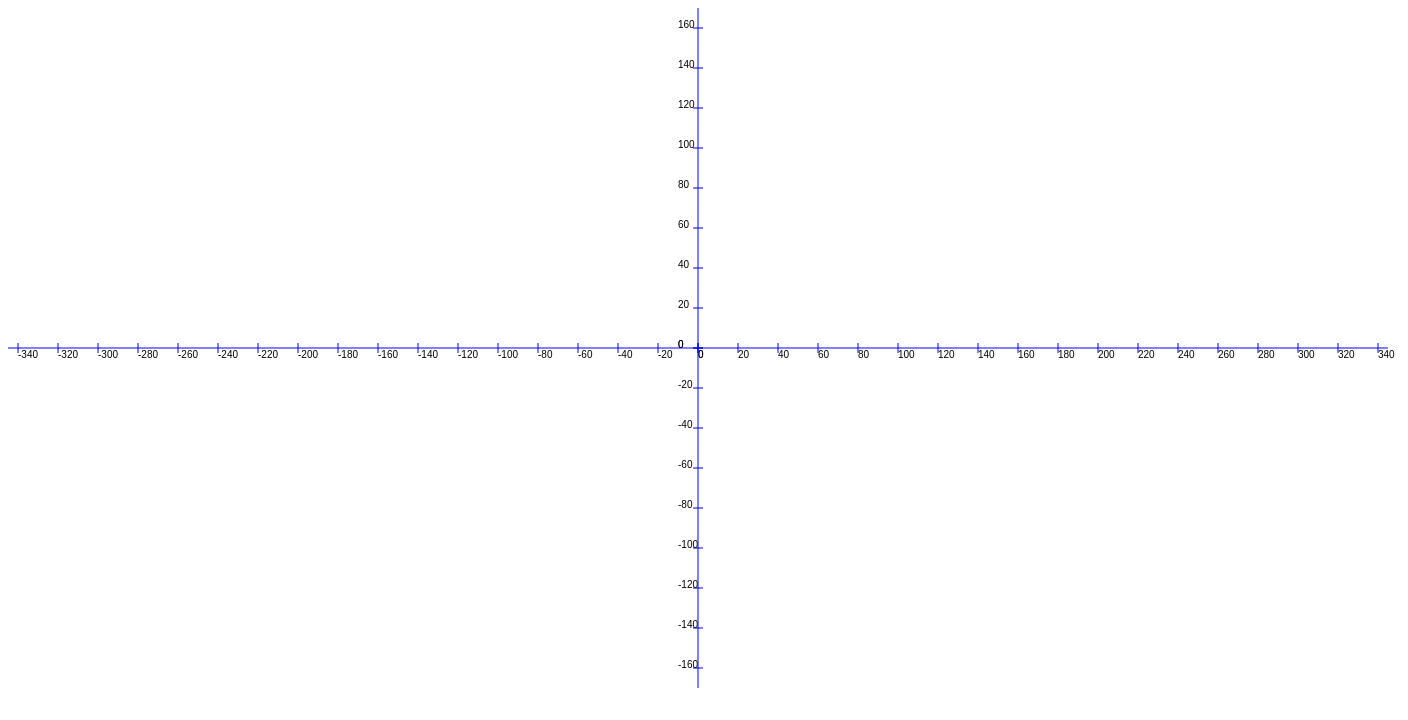
Repository: tclintaichung/book
Page: ex16/ex16_01/frame.html
An editor plug-in stored every save of this project. The page is shown before and after the next save, followed by the edit.
The browser window is 1280 px wide. The page is 1408 px wide, so the pictures cover 1408 px, including what lies to the right of the window. The pictures show the whole page.

Above is the page before, as saved 2025-09-27 16:17:37.

After the next save:
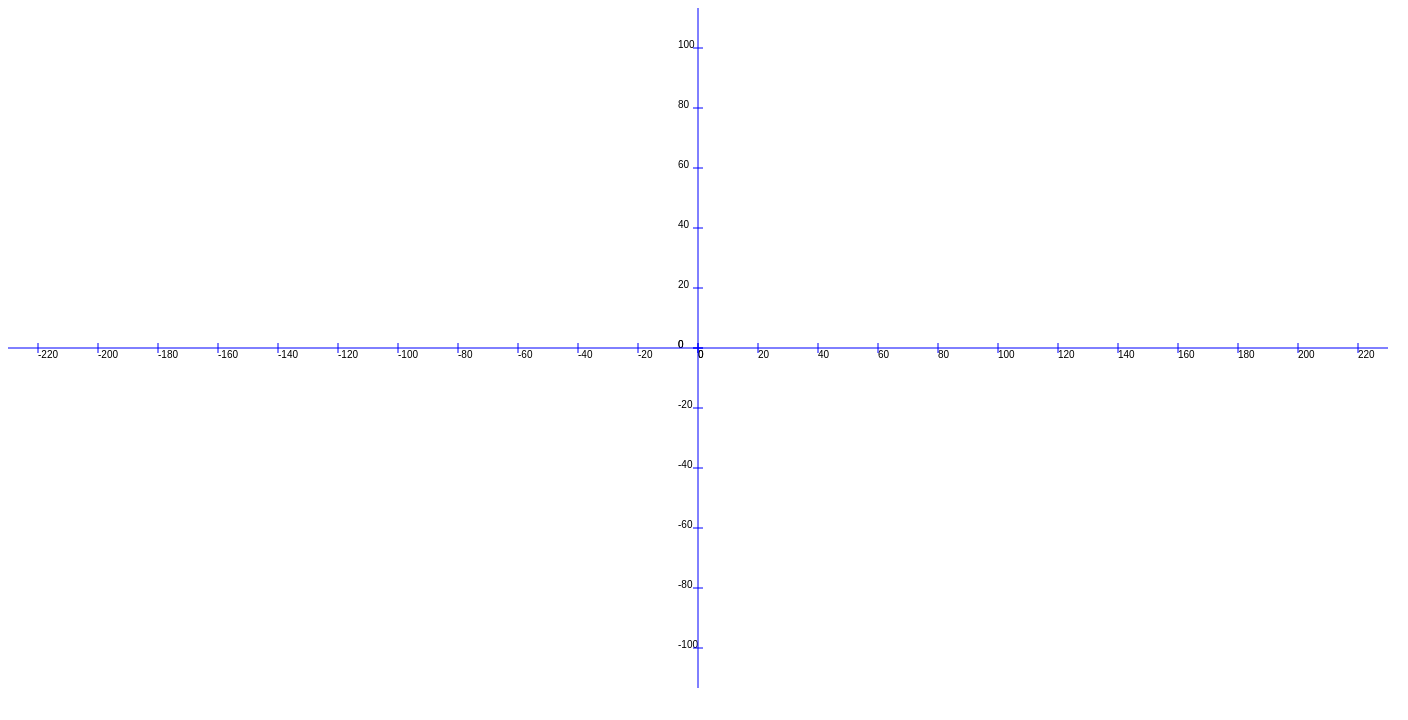
Saved 29 s later.
--- a/ex16/ex16_01/frame.html
+++ b/ex16/ex16_01/frame.html
@@ -19,7 +19,7 @@
         const point_x = [];
         const point_y1 = [];
         const point_y2 = [];
-        const scale = 2.;
+        const scale = 3.;
 
         frame(0, myCanvas.width - 20, 0, myCanvas.height - 20, scale);
 
